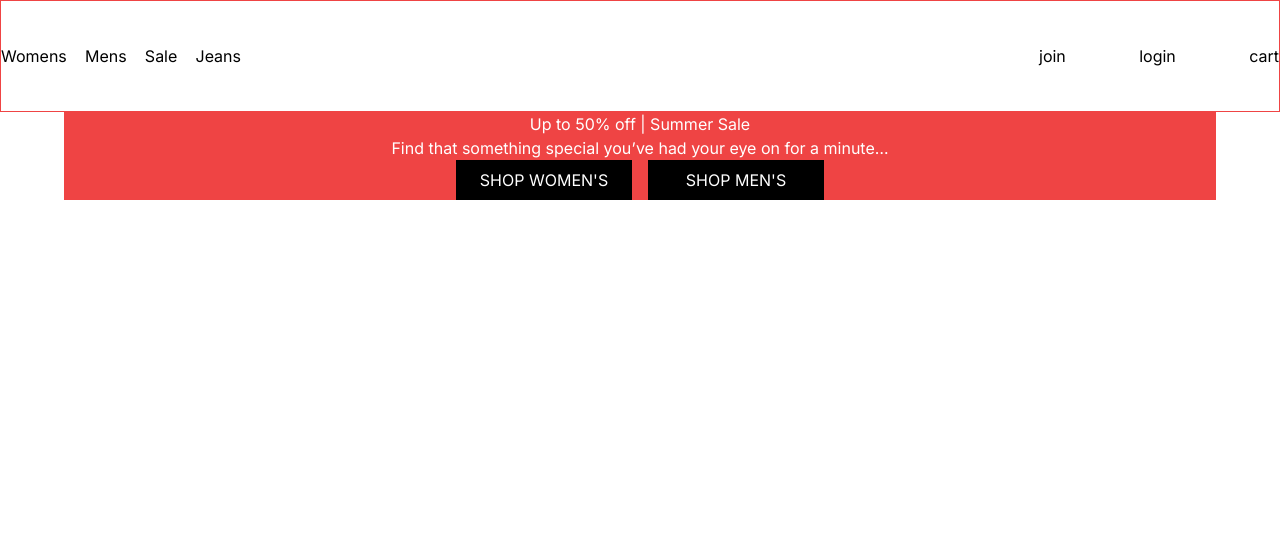
Repository: harrywebb21/stil-clothing
Page: /
The author's editor kept a copy of each file at every save. The page is drawn from the files as they stood at one save, then again after the next save.
The browser window is 1280 px wide. The pictures show the whole page.
The project was rebuilt for these pictures with package versions that can differ from the ones it lists, and the page was loaded fresh each time. The framework's server and built-in components were replaced by stand-ins that run in the browser. Also part of the build but not shown: next.config.js.

Above is the page before, as saved 2023-06-08 16:08:41.

### src/app/page.js
"use client";
import Image from "next/image";
import Navbar from "./components/Navbar";
import SaleBox from "./components/SaleBox";

export default function Home() {
  return (
    <div>
      <Navbar />
      <div className="flex justify-center items-center px-16">
        <SaleBox />
      </div>
    </div>
  );
}

### src/app/components/Navbar.js
export default function Navbar() {
  return (
    <div className=" border border-red-500 h-28 flex justify-between items-center sticky t-0 l-0 w-screen">
      <ul className=" flex justify-between w-60">
        <li>
          <a href="/womens">Womens</a>
        </li>
        <li>
          <a href="/mens">Mens</a>
        </li>
        <li>
          <a href="/sale">Sale</a>
        </li>
        <li>
          <a href="/jeans">Jeans</a>
        </li>
      </ul>

      <ul className="flex justify-between w-60">
        <li>
          <a href="/join">join</a>
        </li>
        <li>
          <a href="/login">login</a>
        </li>
        <li>
          <a href="/cart">cart</a>
        </li>
      </ul>
    </div>
  );
}

### src/app/components/SaleBox.js
export default function SaleBox() {
  return (
    <div className="flex flex-col justify-center items-center  bg-red-500 text-white w-screen m">
      <h1> Up to 50% off | Summer Sale</h1>
      <p>Find that something special you’ve had your eye on for a minute…</p>
      <div className="gap-4 flex">
        <button className="bg-black text-white px-4 py-2 text-center  w-44">
          SHOP WOMEN'S
        </button>
        <button className="bg-black text-white px-4 py-2  text-center w-44">
          SHOP MEN'S
        </button>
      </div>
    </div>
  );
}

Loaded but not shown: src/app/layout.js (common file); src/app/globals.css (common file); tailwind.config.js (common file)

After the next save:
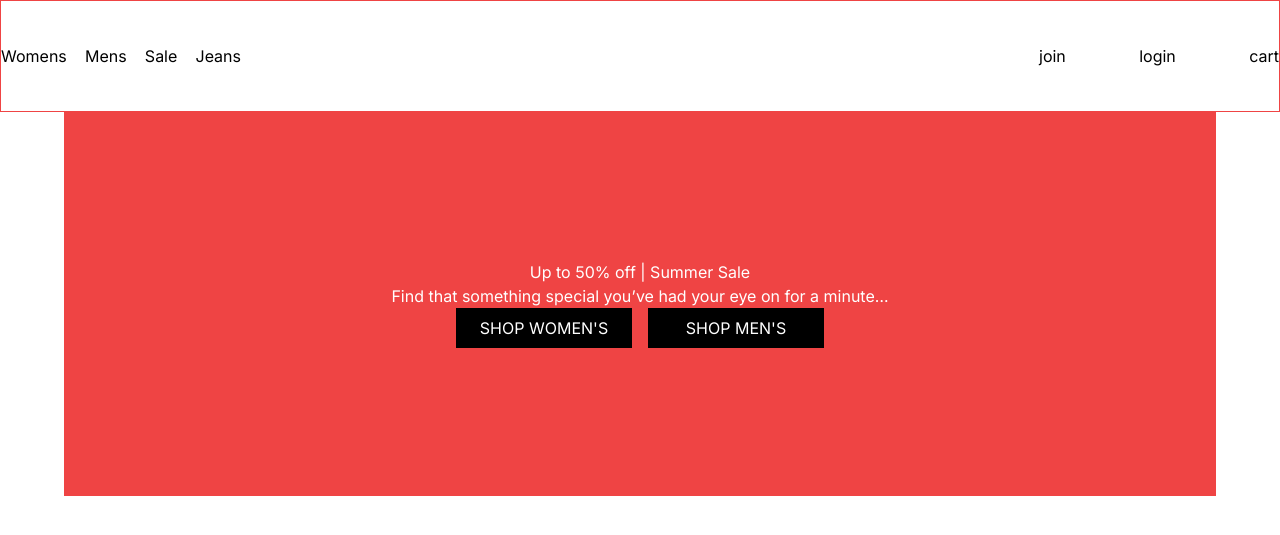
Saved 17 s later.
--- a/src/app/components/SaleBox.js
+++ b/src/app/components/SaleBox.js
@@ -1,6 +1,6 @@
 export default function SaleBox() {
   return (
-    <div className="flex flex-col justify-center items-center  bg-red-500 text-white w-screen m">
+    <div className="flex flex-col justify-center items-center h-96 bg-red-500 text-white w-screen m">
       <h1> Up to 50% off | Summer Sale</h1>
       <p>Find that something special you’ve had your eye on for a minute…</p>
       <div className="gap-4 flex">

After the save that followed:
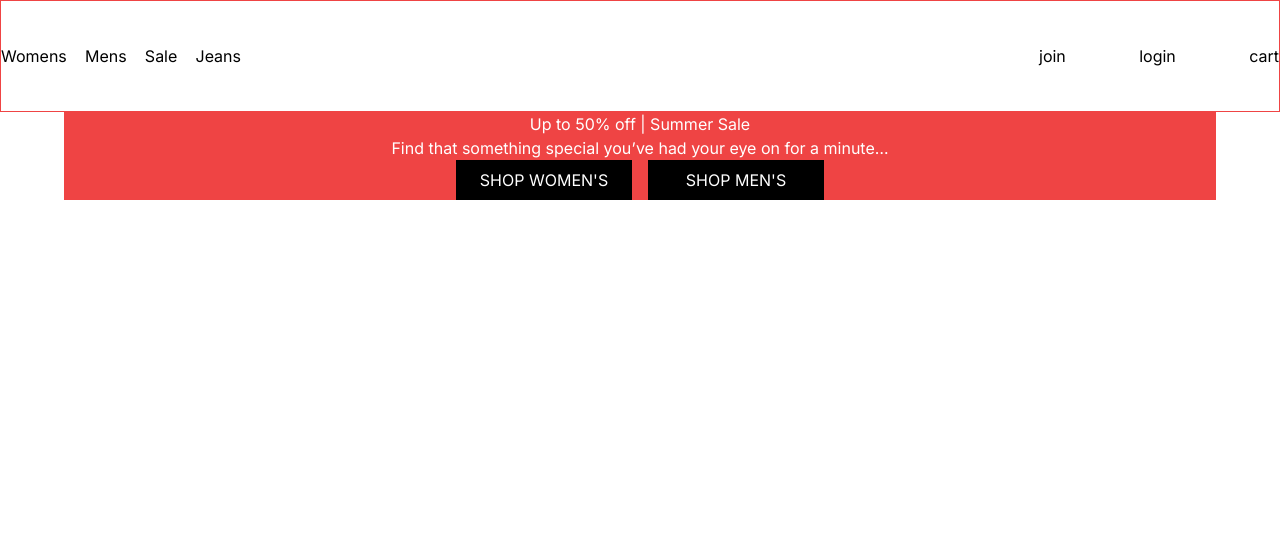
Saved 5 s later.
--- a/src/app/components/SaleBox.js
+++ b/src/app/components/SaleBox.js
@@ -1,6 +1,6 @@
 export default function SaleBox() {
   return (
-    <div className="flex flex-col justify-center items-center h-96 bg-red-500 text-white w-screen m">
+    <div className="flex flex-col justify-center items-center h-68 bg-red-500 text-white w-screen m">
       <h1> Up to 50% off | Summer Sale</h1>
       <p>Find that something special you’ve had your eye on for a minute…</p>
       <div className="gap-4 flex">
